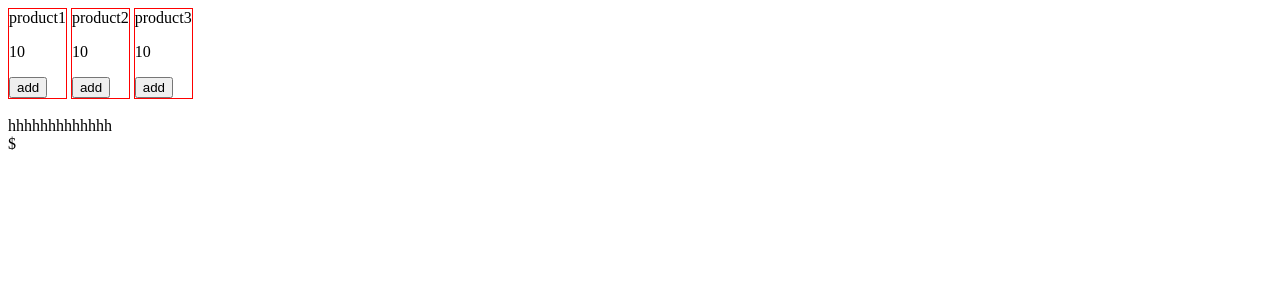
Repository: quynh232000/javascript-basic
Page: Lab5/demo.html
The author's editor kept a copy of each file at every save. The page is drawn from the files as they stood at one save, then again after the next save.
The browser window is 1280 px wide. The pictures show the whole page.

Above is the page before, as saved 2023-07-27 22:49:52.

After the next save:
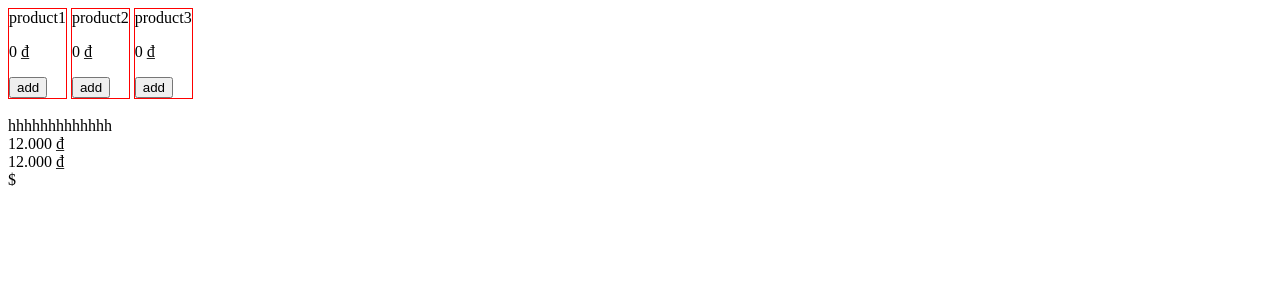
Saved 64 s later.
--- a/Lab5/demo.html
+++ b/Lab5/demo.html
@@ -49,6 +49,9 @@
         style: "currency",
         currency: "VND",
       });
+      document.querySelectorAll(".price").forEach((item) => {
+        item.textContent = VND.format(item.getAttribute("price"));
+      });
       btnEl.forEach((element) => {
         element.addEventListener("click", () => {
           const elParent = element.closest(".item");
